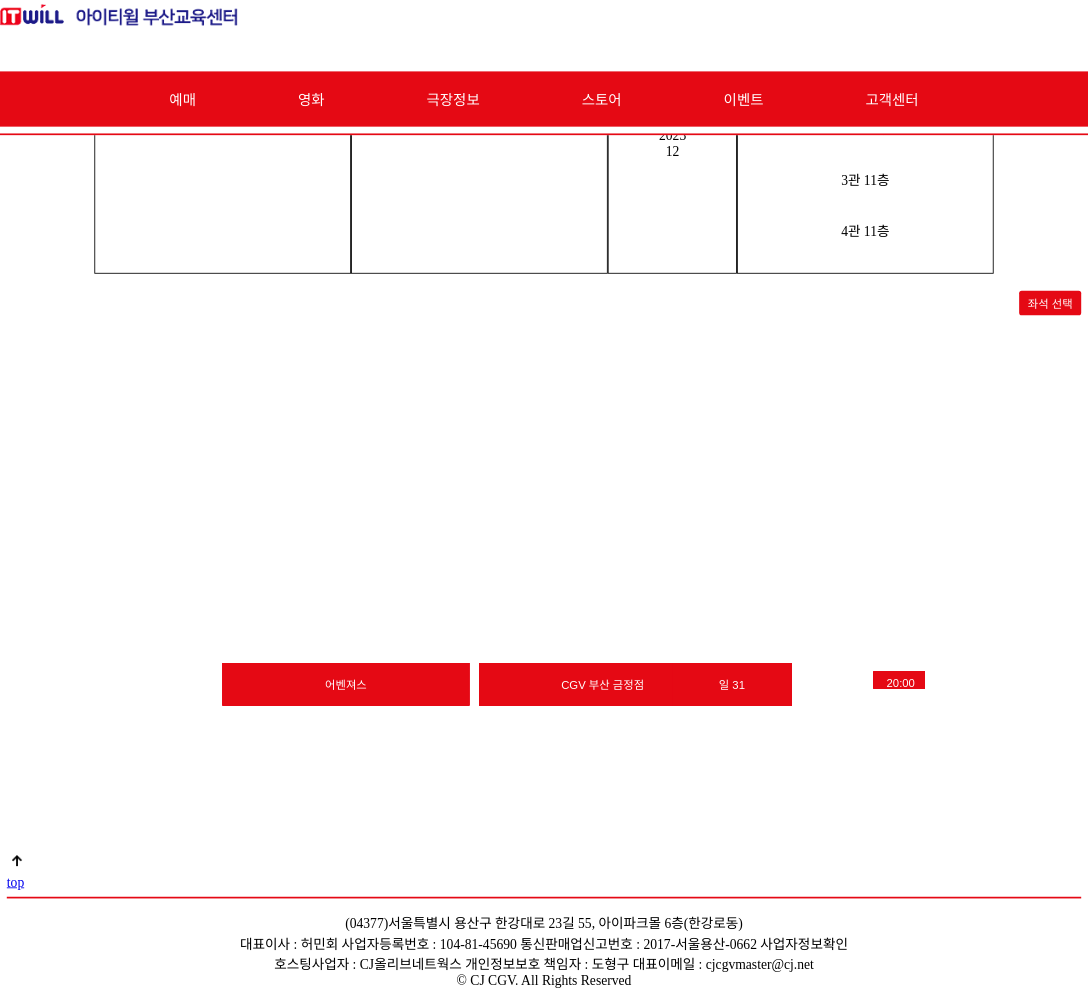
Repository: DeanNote/itwill-archive
Page: http://localhost/First_Project/reserve/movie_select.jsp
These files come from the project's save history. The page is drawn as it stood at one moment and after the next save; the edit follows.
The browser window is 1280 px wide. The pictures show the whole page, at 85% of full size.
The page is served by Tomcat 9.

Above is the page before, as saved 2023-11-28 14:26:12.

### iTicket_Eclipse/First_Project/src/main/webapp/reserve/movie_select.jsp
<%@ page language="java" contentType="text/html; charset=UTF-8"
    pageEncoding="UTF-8"%>
<%@ taglib prefix="c" uri="http://java.sun.com/jsp/jstl/core" %>
<%@ taglib prefix="fn" uri="http://java.sun.com/jsp/jstl/functions"%>
<!DOCTYPE html>
<html>
<head>
    <meta charset="UTF-8">
    <title>영화 예매</title>
    <link href="${pageContext.request.contextPath }/css/movie_select.css" rel="stylesheet" type="text/css">
    <script type="text/javascript">
    </script>
</head>
<body>
	<header>
		<jsp:include page="/inc/top.jsp"></jsp:include>
	</header>
	<article>
		<div id = "reserve_parameter">
			<div class="overflow movie"><b>영화</b><br>
				<input type ="button" value="서울의 봄"><br>
				<input type ="button" value="싱글 인 서울"><br>
				<input type ="button" value="괴물"><br>
				<input type ="button" value="명탐정코난 - 흑철의 어영"><br>
				<input type ="button" value="극장판 파워 디지몬 더 비기닝"><br>
				<input type ="button" value="다크나이트"><br>
				<input type ="button" value="3일의 휴가"><br>
				<input type ="button" value="사채소년"><br>
				<input type ="button" value="겨울왕국"><br>
				<input type ="button" value="아이언맨"><br>
				<input type ="button" value="어벤져스"><br>
			</div>
			<div class="overflow theater"><b>극장</b><br>
				<input type="button" value="CGV 부산 서면점"><br>
				<input type="button" value="CGV 부산 센텀시티점"><br>
				<input type="button" value="CGV 부산 롯데백화점 서면점"><br>
				<input type="button" value="CGV 부산 대연점"><br>
				<input type="button" value="CGV 부산 광복점"><br>
				<input type="button" value="CGV 부산 남포동점"><br>
				<input type="button" value="CGV 부산 아시아드점"><br>
				<input type="button" value="CGV 부산 전포동점"><br>
				<input type="button" value="CGV 부산 수영점"><br>
				<input type="button" value="CGV 부산 금정점"><br>
			</div>
			<div class="overflow date"><b>날짜</b><br>
				2023<br>11<br>
					<input type="button" value="수 29"><br>
					<input type="button" value="목 30"><br>
				2023<br>12<br>
					<c:set var="Day_of_the_week" value="${fn:split('월,화,수,목,금,토,일', ',')}" /><!-- 요일을 결정지을 변수 선언 -->
					<c:set var="startDay" value="4" /> <!--시작하는 요일은 금요일 -->
					<c:forEach var="i" begin="1" end="31"><!-- 1일부터 31일까지 반복 -->
						<c:set var="day" value="${(i + startDay - 1) % 7}" /><!-- 요일 판별하는 변수 -->
						<c:set var="dayOfWeek" value="" />
						<c:set var="dayOfWeek" value="${Day_of_the_week[day]}" />
						<input type="button" value="${dayOfWeek} ${i}"><br>
					</c:forEach>

			</div>
			<div class="overflow time"><b>시간</b><br>
				1관 11층<br>
				<input type="button" value="10:00">
				<input type="button" value="12:00">
				<input type="button" value="14:00"><br>
				<input type="button" value="16:00">
				<input type="button" value="18:00">
				<input type="button" value="20:00"><br>
				2관 11층<br>
				<input type="button" value="10:00">
				<input type="button" value="12:00">
				<input type="button" value="14:00"><br>
				<input type="button" value="16:00">
				<input type="button" value="18:00">
				<input type="button" value="20:00"><br>
				3관 11층<br>
				<input type="button" value="10:00">
				<input type="button" value="12:00">
				<input type="button" value="14:00"><br>
				<input type="button" value="16:00">
				<input type="button" value="18:00">
				<input type="button" value="20:00"><br>
				4관 11층<br>
				<input type="button" value="10:00">
				<input type="button" value="12:00">
				<input type="button" value="14:00"><br>
				<input type="button" value="16:00">
				<input type="button" value="18:00">
				<input type="button" value="20:00"><br>
			</div>
		</div>

	    <!-- 좌석 선택 -->
	    <div class="right">
        	<button type="submit" class="right">좌석 선택</button>
        </div>
	</article>
	<footer>
			<jsp:include page="/inc/bottom.jsp"></jsp:include>
	</footer>
</body>
</html>

### iTicket_Eclipse/First_Project/src/main/webapp/inc/top.jsp
<%@ page language="java" contentType="text/html; charset=UTF-8"
    pageEncoding="UTF-8"%>
<link href="${pageContext.request.contextPath}/css/default.css" rel="stylesheet" type="text/css">
<div id ="top_area">
	<div id="member_area">
		<div>
			<a href="${pageContext.request.contextPath}/main.jsp"><img src="${pageContext.request.contextPath }/img/logo.png"></a>
		</div>
		<div>
			<a href="${pageContext.request.contextPath}/login/login.jsp"> <input type="button" value="로그인"></a>
			<input type="button" onclick="location.href='join/join_form.jsp'" value="회원가입">
		</div>
	</div>
	<div id="menu_nav">
		<nav>
			<a href="reserve/movie_select.jsp">예매</a>
			<a href="movie/release.jsp">영화</a>
			<a href="">극장정보</a>
			<a href="store/store.jsp">스토어</a>
			<a href="">이벤트</a>
			<a href="">고객센터</a>
		</nav>
	</div>
	<hr>
</div>

### iTicket_Eclipse/First_Project/src/main/webapp/inc/bottom.jsp
<%@ page language="java" contentType="text/html; charset=UTF-8"
    pageEncoding="UTF-8"%>
<link href="${pageContext.request.contextPath}/css/default.css" rel="stylesheet" type="text/css">
<a href="#" id="toplink"><img src="${pageContext.request.contextPath}/img/top.png"><br>top</a>
<hr id="top_hr">
<p id="main_p">(04377)서울특별시 용산구 한강대로 23길 55, 아이파크몰 6층(한강로동)<br>
대표이사 : 허민회 사업자등록번호 : 104-81-45690 통신판매업신고번호 : 2017-서울용산-0662 사업자정보확인<br>
호스팅사업자 : CJ올리브네트웍스 개인정보보호 책임자 : 도형구 대표이메일 :  cjcgvmaster@cj.net<br>
© CJ CGV. All Rights Reserved<br></p>

### iTicket_Eclipse/First_Project/src/main/webapp/css/movie_select.css
@charset "UTF-8";

button { /* 좌석예매 버튼 */
    padding: 5px 10px;
    background-color: #e50914;
    color: #fff;
    border: none;
    border-radius: 3px; /* 모서리 곡률 */
    cursor: pointer;
}

button:hover { /* 버튼 가까이 갔을때 어둡 */
    background-color: #c70711;
}


#reserve_parameter{
	display: flex;
	justify-content: center;
	align-items: center;
	text-align: center;
	margin: 20px;
}

#reserve_parameter>div{
	border: 1px solid;
	width:300px;
	height:300px;
	float:left;
}


.overflow{
	overflow: auto;
	display: inline-block;
}

.overflow b{
	background-color: #333;
	display: flex;
	align-items: center;
	justify-content: center;
	height: 40px;
	color: #fff;
	font-size: 20px;

}


.movie input,.theater input{
	width: 290px;
	height: 50px;
	border: none;
}

.date{
	width:150px !important;
}

.date input{
	width: 140px;
	height: 50px;
	border: none;

}

.time input{
	width: 60px;
	height: 20px;
	margin: 10px;
}

.right{
	display: flex;
    justify-content: flex-end;
}

### iTicket_Eclipse/First_Project/src/main/webapp/css/default.css
@charset "UTF-8";

/* ================= 지금부터 top/bottom영역에 적용되는 영역 ================== */

#top_area {
	background-color: #ffffff;
	padding-top: 15px;
}

#member_area input[type="button"] { /* 로그인, 회원가입 버튼에 */
	padding: 6px 15px; /* 안쪽 여백 */
    background-color: #e50914; /* 배경색 빨간색 */
    color: white; /* 글씨색 흰색*/
    border: none; /* 테두리 없음 */
    cursor: pointer; /* 커서 변경 */
}

#member_area input[type="button"]:hover { /* 로그인, 회원가입 버튼에 마우스오버 시 */
	background-color: #ce0912;
}


/* 아이티윌홈으로 ---로그인 회원가입 정렬*/
#member_area{
	display: flex;
	justify-content: space-between; /* 로고랑 (로그인, 회원가입) 양쪽 끝 정렬*/
}
/*메뉴영역<div id="menu_nav"> 배경색과 글자 정렬*/
#menu_nav {
	background-color: #e50914;
	text-align: center;
	margin-top: 50px;
}
/*메뉴<nav> 영역 안의 태그<a>에 대한 정렬 */
#menu_nav nav {
	margin-top: 10px;
	display: flex;
	justify-content: center; /* 양 끝을 기준으로 정렬 */
}
/*메뉴(nav)영역 안의 <a>태그 글자에 대한 색 설정 밑 글자 크기 설정*/
#menu_nav a {
	color: #fff;
	text-decoration: none; /* 밑줄 없애는 설정 */
	font-size: 17px;
	padding: 20px 60px;
}

#menu_nav a:hover {
	background-color: #ce0912;
}

#main_p {
	text-align: center;
}

hr {
	border: 1px solid #e50914;
}
/* ================= 여기까지 top/bottom영역에 적용되는 영역 =================== */

header {
	position: fixed;
	left: 0; top: 0;
	width: 100%;
	margin-top: -10px;
	z-index:1;
}

#wrapper {
	width: 1024px;
	margin: 0 auto;
}

/* ============== 지금부터 예고편 영역에 적용되는 영역 ================== */

#iframe-container {
	position: relative;
	top: 160px;
	left: 100px;
	width: 80%;
	padding-bottom: 56.25%; /* 16:9 비율에 맞게 조절 (예: 9 / 16 * 100 = 56.25) */
}

#iframe-container iframe {
	position: absolute;
	top: 0;
	left: 0;
	width: 100%;
	height: 100%;
	background-color: #000000;
}
/*</div>*/

#exit-btn {/* 예고편 종료에 대한 css 설정*/
	position: absolute; /*부모를 기준으로 포지션 변경 무모는 iframe-containert*/
	top: 0;
	right: 0; /* top, right 쉽게 말해서 맨 오른쪽 맨 위*/
	margin: 10px; /*상하좌우 영역 10px씩 차지*/
	padding: 10px; /*상하좌우 영역 10px씩 차지*/
	background-color: transparent; /*투명하게*/
	border: none; /*줄 없음*/
	font-size: 40px;
	color: #aaa; /*색 회색*/
	cursor: pointer; /*마우스 올리면 클릭모양으로 커서 바뀜*/
}

#exit-btn:hover {
	color: #333; /* 종료 버튼에 가까이 가면 버튼이 검정색으로 바뀜*/
}
/* ============== 여기까지 예고편 영역에 적용되는 영역 ================== */

#main_hr {
	position: relative;
	top: 500px;
}


/*무비차트, 상영예정작, 관람객순에 적용되는 영역 */
input[type="button"] { /* 모든 버튼에 */
	position: absolute;
	top: 780px;
	padding: 6px 15px; /* 안쪽 여백 */
	border: none;
    background-color: #e50914; /* 배경색 빨간색 */
    color: white; /* 글씨색 흰색*/
    cursor: pointer; /* 커서 변경 */
}

input[type="button"]:hover {  /* 모든 버튼에 마우스오버 시 */
	background-color: #ce0912; /* 배경색 진한빨간색 */
}

#Sort { /* 분류 버튼 영역 */
	text-align: center;	/* 가운데정렬 */
}

#Sort input { /* 분류 버튼 개별로 */
	margin: 20px 10px 0 10px;
	padding: 20px 0; /* 안쪽여백 지정 */
	width: 90px; /* 너비지정 */
}

/* 영화 포스터 부분에 대한 크기 정렬*/
#boxoffice {
	position: absolute;
	top: 830px;
	display: flex;
	flex-wrap: wrap;
	margin: 0px auto; /* 상하 0px 좌우 자동 정렬*/
	/*
	flex-wrap 속성은
	나열된 (정렬된)  요소들의 총 넓이가 부모 넓이보다 클때, 이 요소들을 다음 줄에 이어서 나열 해 주는 기능
	display: flex;와 함께 기재 해야함!

	만약 이 속성 사용하지 않으면 기본값으로 flex-wrap:nowrap;이 적용됨
	이 정렬된 (나열된) 요소들의 넓이는 부모 넓이에 맞게 모두 자동 축소또는 확장됨!

	쉽게 말해서 이거 없애면 아래 포스터들 크기 다 지맘대로 되는것 같음!!!!
	*/
}
#boxoffice div{ /* 영화 포스터 크기와 정렬에 관한 설정*/
	position: relative; /* 현재위치 기준 정렬*/
    top: 40px; /* 위에서 아래로 40px*/
    left: 10px;
     /* 왼쪽에서 오른쪽으로 10% 움직임*/
    /*임의로 크기를 정했고, 그리고 API에서 포스터 따오면 수정될 영역임으로
      원하는데로 크기나 위치 조정해도 됨 */
}
#boxoffice img {
    width: 180px;
    height: 260px; /*포스터 가로 세로 크기설정 (200px, 300px)*/
    padding: 10px; /* 상하좌우 10px씩 밀어냄*/
}

#boxoffice input {/* 좋아요 버튼에 대한 설정 */
	background-color: transparent; /* 배경 투명하게*/
	color: #000;  /* 무색 */
	border: none;  /* 테두리 없음 */
	font-size: 20px; /* 글자 크기 */
	position: absolute;
	top: 270;
	left: 40px;
	cursor: pointer; /* 마우스 올리면 클릭모양으로 커서 바뀜*/
}

#advertisement {
	padding: 10px; /* 안쪽여백지정 */
	border-radius: 3px; /* 모서리 둥글게 */
 	background-color: #f9f8e1; /* 배경색 */
	border: 2px solid #9d9d9d; /* 테두리 */
	width: 170px;
	position: fixed;
	top: 30%;
	right: 10px;
}

#boxoffice input:hover {
	color: red; /* 좋아요 글자에 마우스 가까이 가져가면 빨간색으로 변함*/
}

footer {
	position: relative;
	top: 630px;
	width: 100%;
}

After the next save:
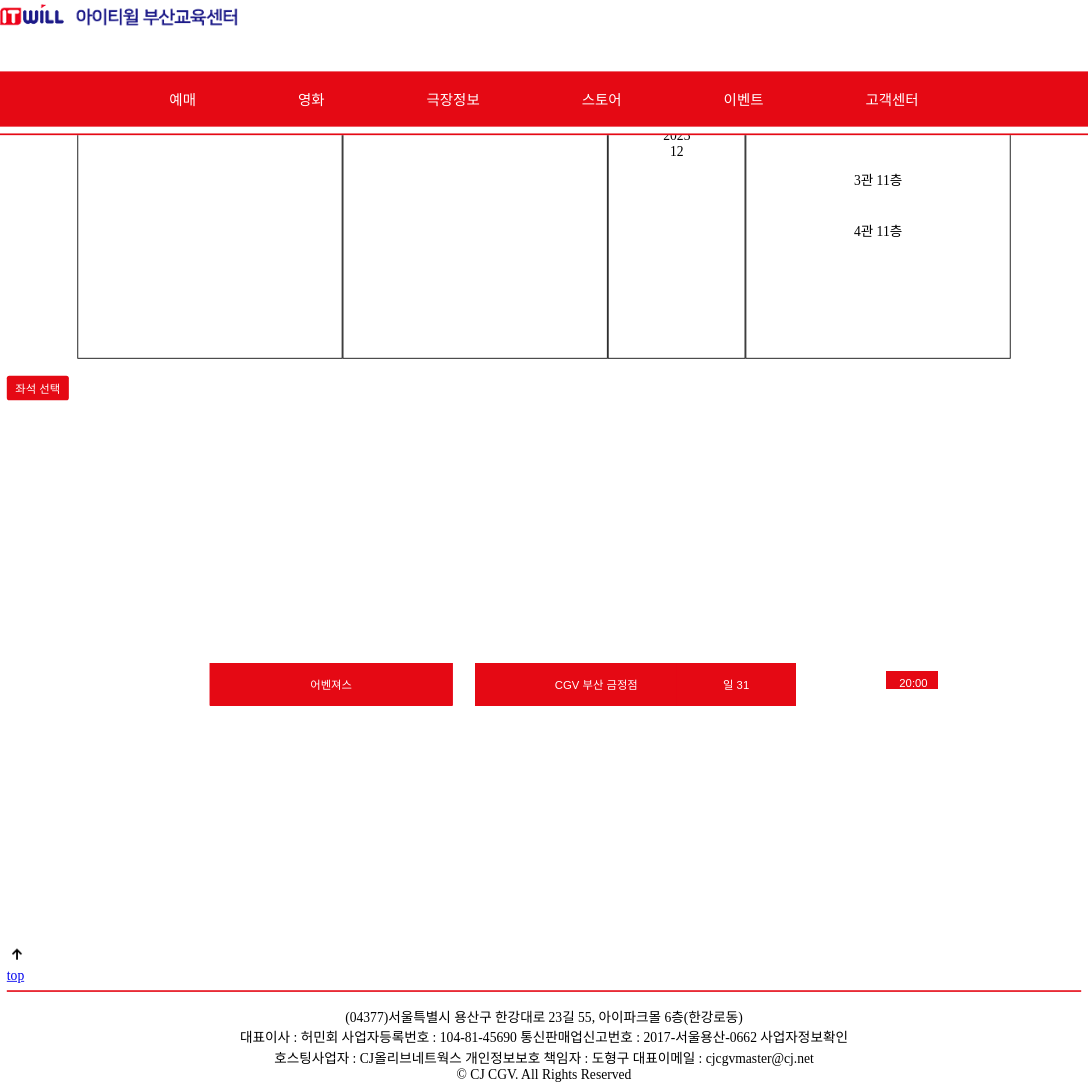
Saved 26 s later.
--- a/iTicket_Eclipse/First_Project/src/main/webapp/css/movie_select.css
+++ b/iTicket_Eclipse/First_Project/src/main/webapp/css/movie_select.css
@@ -1,4 +1,45 @@
 @charset "UTF-8";
+
+
+/* ======== 전체 영역에 적용할 css ======== */
+
+html {
+	height: 100%;
+}
+
+body {
+	height: 100%;
+}
+
+
+header {
+	position: fixed;
+	left: 0; top: 0;
+	width: 100%;
+	z-index:1;
+}
+
+#wrapper {
+	min-height: 100%;
+	position: relative;
+	width: 100%
+}
+
+
+#content {
+	padding: 100px 0;
+	width: 1024px;
+	margin: 100px auto;
+}
+
+/* 제목 */
+#h01{
+	font-size: 35px; /* 폰트 크기 조정  */
+	text-align: center; /* 스토어 제목 중앙 정렬  */
+}
+
+
+/* ============= 본문에 적용할 css ============== */
 
 button { /* 좌석예매 버튼 */
     padding: 5px 10px;
@@ -14,7 +55,7 @@
 }
 
 
-#reserve_parameter{
+#reserve_parameter{ /*화면 가운데로 정렬 하는 코드*/
 	display: flex;
 	justify-content: center;
 	align-items: center;
@@ -22,20 +63,20 @@
 	margin: 20px;
 }
 
-#reserve_parameter>div{
+#reserve_parameter>div{ /* 데이터 입력받는 버튼 크기 조절*/
 	border: 1px solid;
-	width:300px;
-	height:300px;
-	float:left;
+	width:310px;
+	height:400px;
+/* 	float:left;  왜있는지 모르는 코드 이상 없으면 지울꺼임 */
 }
 
 
-.overflow{
+.overflow{ /* 데이터가 영역 밖으로 넘어가면 자동으로 스크롤 바 생성*/
 	overflow: auto;
 	display: inline-block;
 }
 
-.overflow b{
+.overflow b{ /* 제목에 대한 디자인 설정 (영화, 극장, 날짜, 시간)*/
 	background-color: #333;
 	display: flex;
 	align-items: center;
@@ -47,14 +88,14 @@
 }
 
 
-.movie input,.theater input{
-	width: 290px;
+.movie input,.theater input{ /* 버튼을 영역에 대한 크기 설정(영화, 극장)*/
+	width: 285px;
 	height: 50px;
 	border: none;
 }
 
-.date{
-	width:150px !important;
+.date{ /* 날짜 버튼 영역크기 설정(일부러 조금 작게 함)*/
+	width:160px !important;
 }
 
 .date input{
@@ -70,7 +111,40 @@
 	margin: 10px;
 }
 
-.right{
+.selected {
+	background-color: darkgray; /*클릭되면 빨간색으로 seat배경색 바뀜*/
+}
+#end_param{
+	width:auto;
+	text-align: center;
+	align-items: center;
 	display: flex;
-    justify-content: flex-end;
+	justify-content: center;
+	border:3px solid;
+	background-color: #1D1D1C;
+	color:#fff;
+	height: 100px;
 }
+
+
+#end_param td{
+	text-align: center;
+	width: 200px;
+	border-right: 2px solid;
+	height: 50px;
+}
+
+.btnsubmit{
+	width:80px;
+	height: 80px;
+	border-radius: 10px;
+}
+
+/* ================ footer에 적용할 css =============== */
+
+footer {
+	position: absolute;
+	left: 0; bottom: 0;
+	width: 100%;
+	padding-top: 10px;
+}
